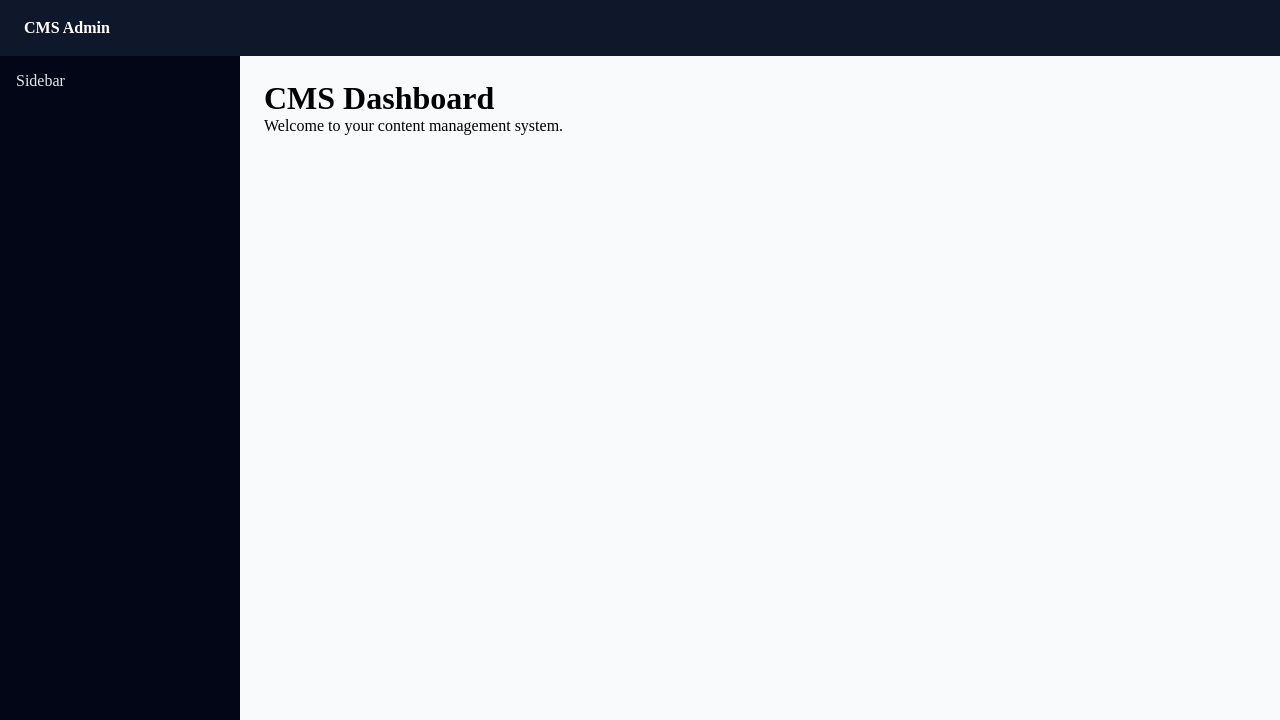
Repository: rajendratamang/react-dashboard
Page: /
An editor plug-in stored every save of this project. The page is shown before and after the next save, followed by the edit.
The browser window is 1280 px wide. The pictures show the whole page.
The project was rebuilt for these pictures with package versions that can differ from the ones it lists, and the page was loaded fresh each time. Also part of the build but not shown: vite.config.ts.

Above is the page before, as saved 2026-01-16 20:21:51.

After the next save:
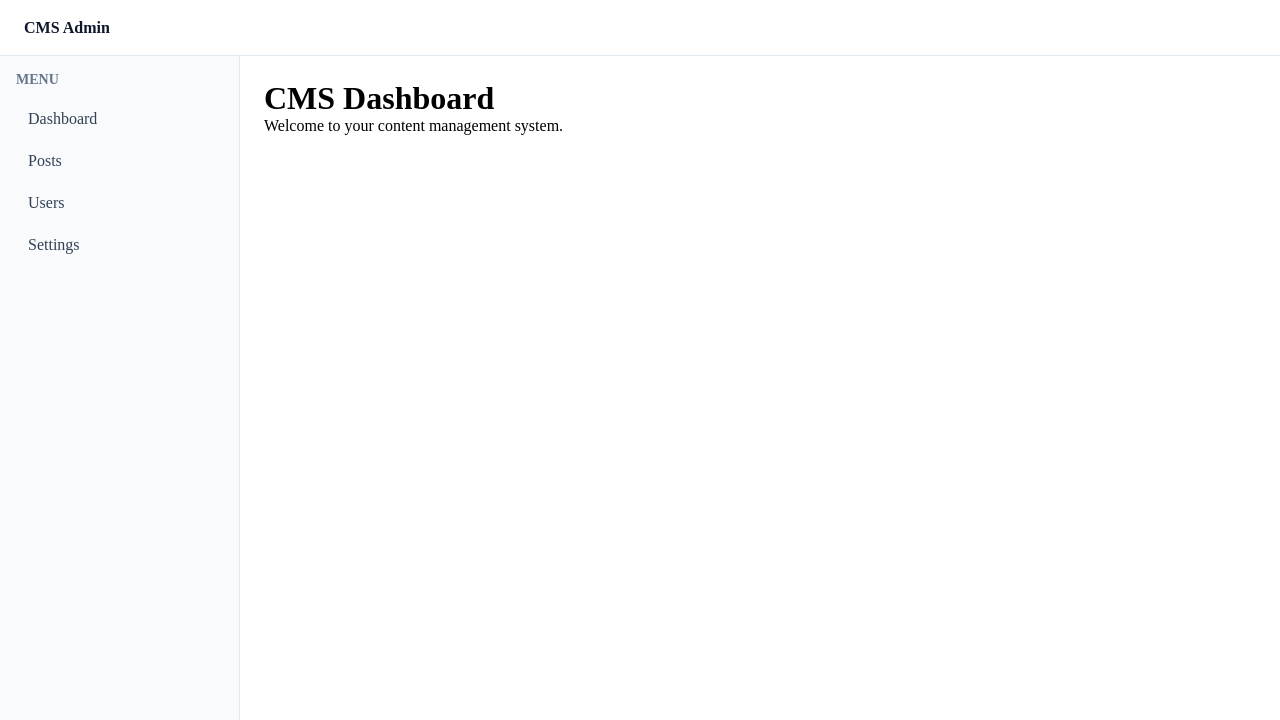
Saved 65 s later.
--- a/src/layouts/MainLayout.tsx
+++ b/src/layouts/MainLayout.tsx
@@ -1,4 +1,5 @@
 import { ReactNode } from "react";
+import Sidebar from "../components/Sidebar";
 
 type MainLayoutProps = {
   children: ReactNode;
@@ -11,7 +12,8 @@ export default function MainLayout({ children }: MainLayoutProps) {
         height: "100%",
         width: "100%",
         display: "flex",
-        flexDirection: "column"
+        flexDirection: "column",
+        backgroundColor: "#f1f5f9"
       }}
     >
       {/* Header */}
@@ -19,12 +21,13 @@ export default function MainLayout({ children }: MainLayoutProps) {
         style={{
           height: "56px",
           width: "100%",
-          backgroundColor: "#0f172a",
-          color: "#ffffff",
+          backgroundColor: "#ffffff",
+          borderBottom: "1px solid #e2e8f0",
           display: "flex",
           alignItems: "center",
-          paddingLeft: "24px",
-          fontWeight: 600
+          padding: "0 24px",
+          fontWeight: 600,
+          color: "#0f172a"
         }}
       >
         CMS Admin
@@ -40,22 +43,13 @@ export default function MainLayout({ children }: MainLayoutProps) {
         }}
       >
         {/* Sidebar */}
-        <aside
-          style={{
-            width: "240px",
-            backgroundColor: "#020617",
-            color: "#e5e7eb",
-            padding: "16px"
-          }}
-        >
-          Sidebar
-        </aside>
+        <Sidebar />
 
         {/* Main Content */}
         <main
           style={{
             flex: 1,
-            backgroundColor: "#f8fafc",
+            backgroundColor: "#ffffff",
             overflowY: "auto"
           }}
         >
